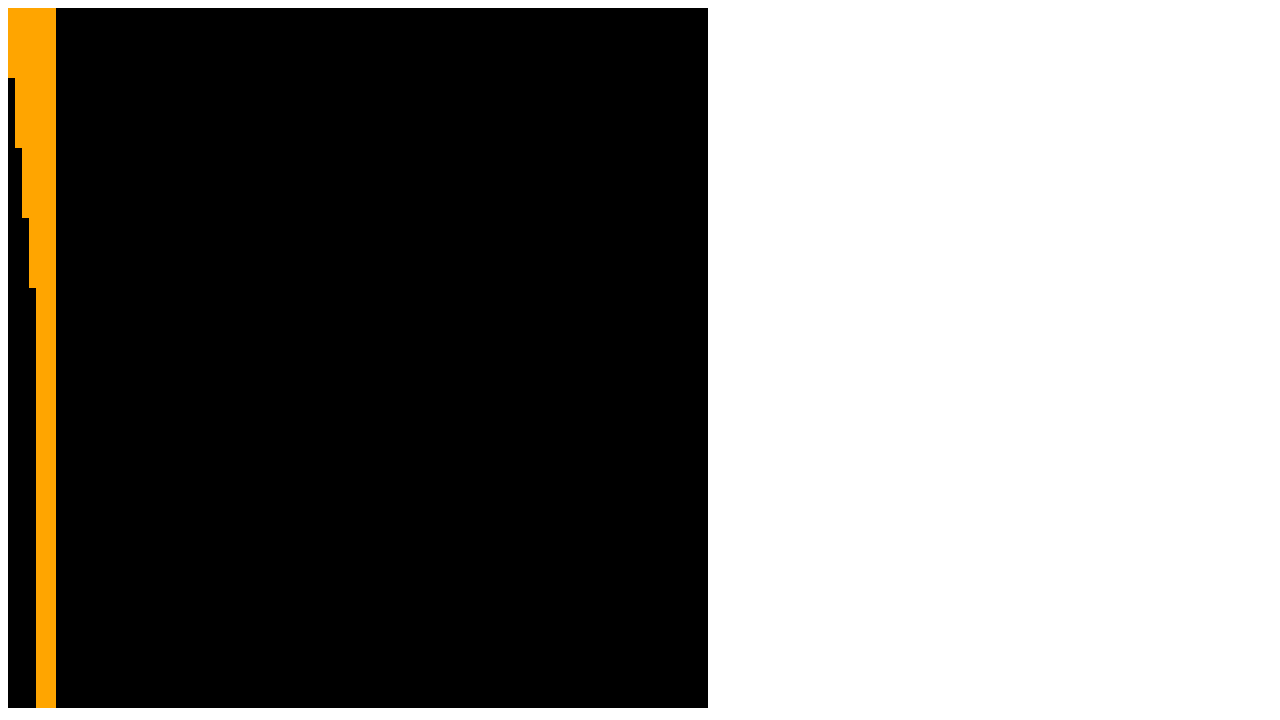
Repository: ajaytech/D3-sample-code
Page: D3/headStart/demo7_ScaleLinearOrdinal.html
The author's editor kept a record of every edit. The page is drawn from the files as they stood at one moment, then again after the next edit.
The browser window is 1280 px wide. The pictures show the whole page.

Above is the page before.

After the next edit:
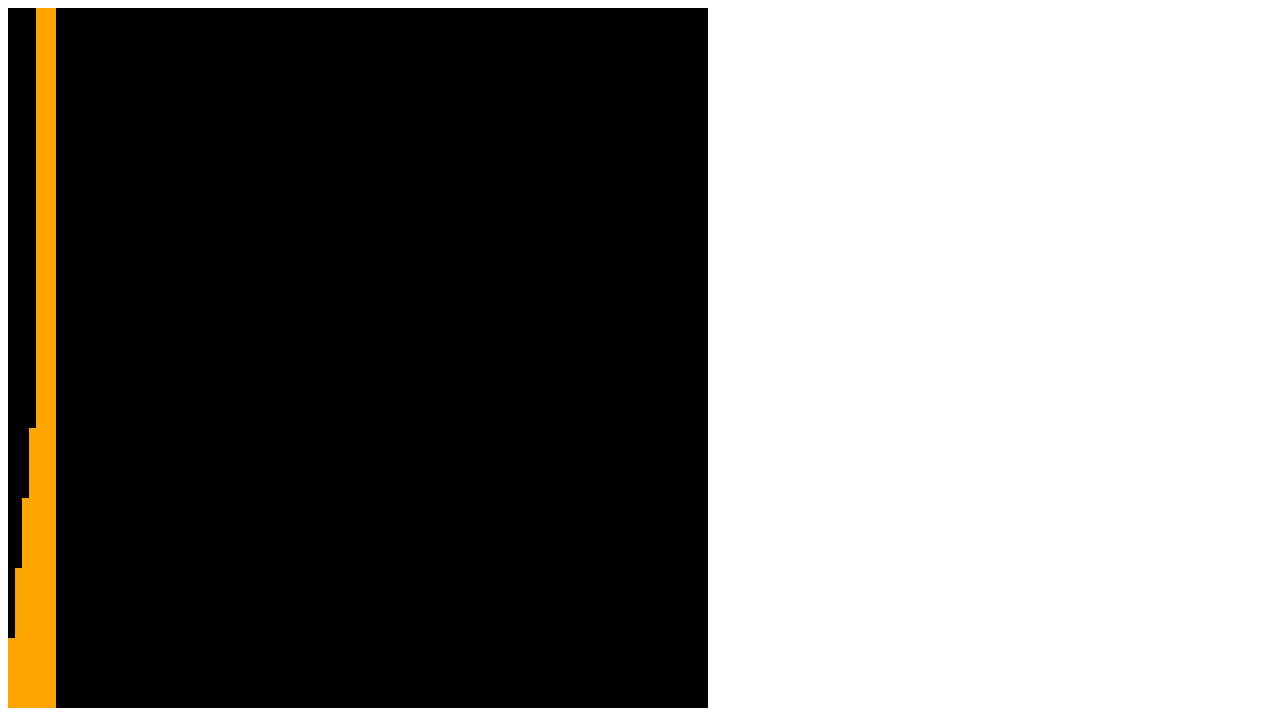
The edit:
--- a/D3/headStart/demo7_ScaleLinearOrdinal.html
+++ b/D3/headStart/demo7_ScaleLinearOrdinal.html
@@ -34,7 +34,7 @@
     })
     .style("fill", "orange")
     .attr("y", function(d,i) {
-     return (heightSVG - x(d))+"px";
+     return (heightSVG - y(d))+"px";
     })
     .attr("x", function(d, i) {
         return y(i);
